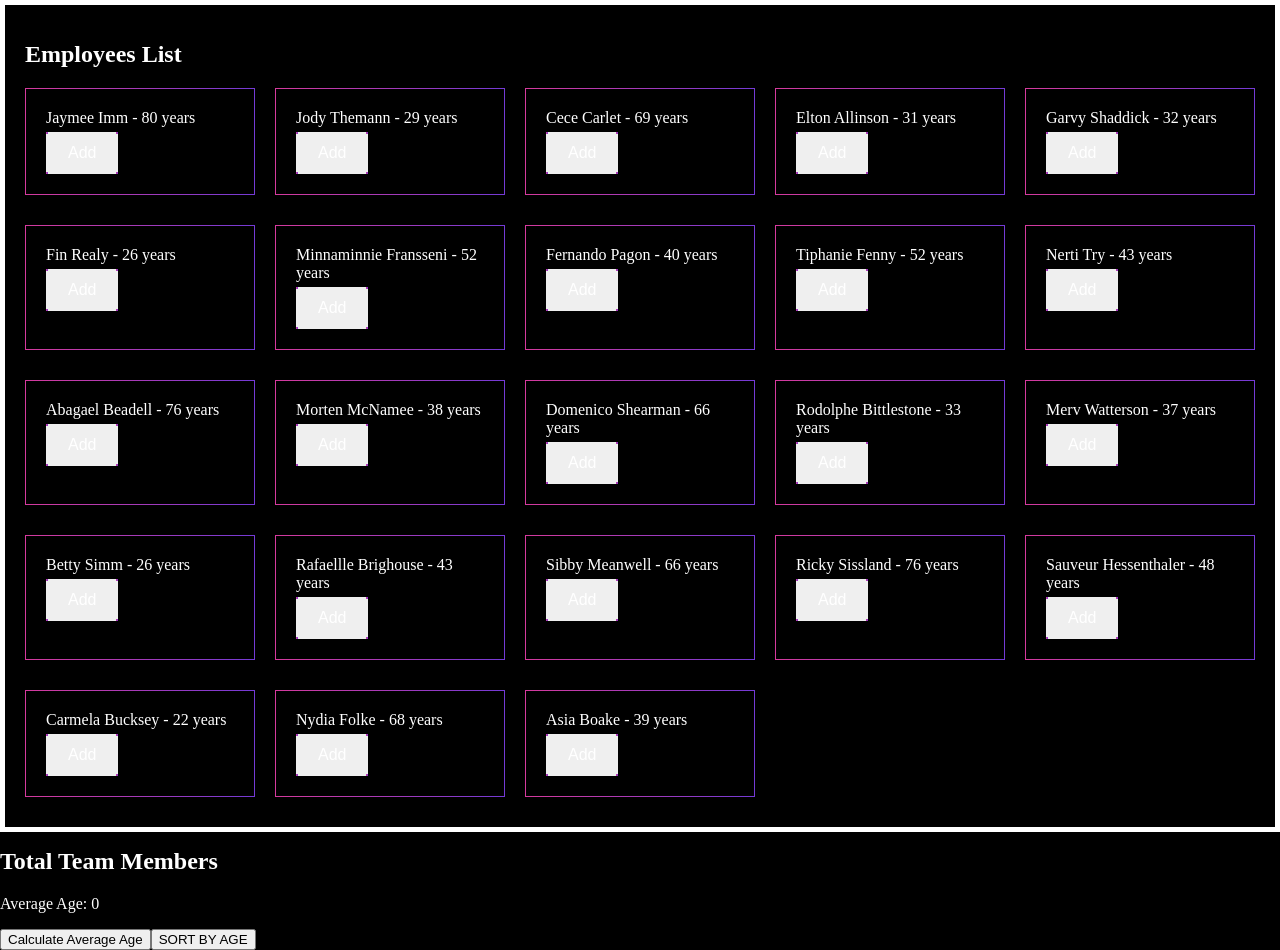
Repository: sriram1224/Teams-list
Page: /
These files come from the project's save history. The page is drawn as it stood at one moment and after the next save; the edit follows.
The browser window is 1280 px wide. The pictures show the whole page.
The project was rebuilt for these pictures with package versions that can differ from the ones it lists, and the page was loaded fresh each time.

Above is the page before, as saved 2024-03-27 00:10:15.

### src/index.css
body {
  margin: 0;
 background-color: black;
 color : white;
}

code {
  font-family: source-code-pro, Menlo, Monaco, Consolas, 'Courier New',
    monospace;
}

### src/App.js
import Main from "./main";
import React from 'react';

function App() {
  return (
    <div >
      <Main />
    </div>
  );
}

export default App;

### src/main.jsx
import React, { useReducer } from 'react';
import EmployeesList from './EmloyeesList';
import TotalEmployees from './TotalEmployees';

const employees = [
  {"id":1,"first_name":"Jaymee","last_name":"Imm","email":"jimm0@craigslist.org","gender":"Genderqueer","age":80},
{"id":2,"first_name":"Jody","last_name":"Themann","email":"jthemann1@skyrock.com","gender":"Agender","age":29},
{"id":3,"first_name":"Cece","last_name":"Carlet","email":"ccarlet2@jalbum.net","gender":"Male","age":69},
{"id":4,"first_name":"Elton","last_name":"Allinson","email":"eallinson3@jugem.jp","gender":"Male","age":31},
{"id":5,"first_name":"Garvy","last_name":"Shaddick","email":"gshaddick4@rediff.com","gender":"Male","age":32},
{"id":6,"first_name":"Fin","last_name":"Realy","email":"frealy5@unc.edu","gender":"Male","age":26},
{"id":7,"first_name":"Minnaminnie","last_name":"Fransseni","email":"mfransseni6@aboutads.info","gender":"Agender","age":52},
{"id":8,"first_name":"Fernando","last_name":"Pagon","email":"fpagon7@blogs.com","gender":"Male","age":40},
{"id":9,"first_name":"Tiphanie","last_name":"Fenny","email":"tfenny8@sakura.ne.jp","gender":"Female","age":52},
{"id":10,"first_name":"Nerti","last_name":"Try","email":"ntry9@shareasale.com","gender":"Female","age":43},
{"id":11,"first_name":"Abagael","last_name":"Beadell","email":"abeadella@unc.edu","gender":"Female","age":76},
{"id":12,"first_name":"Morten","last_name":"McNamee","email":"mmcnameeb@sun.com","gender":"Male","age":38},
{"id":13,"first_name":"Domenico","last_name":"Shearman","email":"dshearmanc@seesaa.net","gender":"Male","age":66},
{"id":14,"first_name":"Rodolphe","last_name":"Bittlestone","email":"rbittlestoned@51.la","gender":"Male","age":33},
{"id":15,"first_name":"Merv","last_name":"Watterson","email":"mwattersone@storify.com","gender":"Male","age":37},
{"id":16,"first_name":"Betty","last_name":"Simm","email":"bsimmf@engadget.com","gender":"Female","age":26},
{"id":17,"first_name":"Rafaellle","last_name":"Brighouse","email":"rbrighouseg@vinaora.com","gender":"Male","age":43},
{"id":18,"first_name":"Sibby","last_name":"Meanwell","email":"smeanwellh@independent.co.uk","gender":"Female","age":66},
{"id":19,"first_name":"Ricky","last_name":"Sissland","email":"rsisslandi@google.it","gender":"Male","age":76},
{"id":20,"first_name":"Sauveur","last_name":"Hessenthaler","email":"shessenthalerj@ocn.ne.jp","gender":"Male","age":48},
{"id":21,"first_name":"Carmela","last_name":"Bucksey","email":"cbuckseyk@acquirethisname.com","gender":"Female","age":22},
{"id":22,"first_name":"Nydia","last_name":"Folke","email":"nfolkel@disqus.com","gender":"Female","age":68},
{"id":23,"first_name":"Asia","last_name":"Boake","email":"aboakem@1und1.de","gender":"Female","age":39}
];
  // Your employee data goes here

function Main() {
  const [state, dispatch] = useReducer(reducer, { employees: employees, team: [] });

  function reducer(state, action) {
    switch(action.type) {
      case 'ADD':
        return {
          ...state,
          employees: state.employees.map(emp => emp.id === action.payload.id ? { ...emp, added: true } : emp),
          team: [...state.team, action.payload]
        };
      case 'DELETE':
        return {
          ...state,
          employees: state.employees.map(emp => emp.id === action.payload.id ? { ...emp, added: false } : emp),
          team: state.team.filter(emp => emp.id !== action.payload.id)
        };
      case 'Calculate_Average':
        const totalAge = state.team.reduce((acc, emp) => acc + emp.age, 0);
        const averageAge = totalAge / state.team.length || 0;
        return {
          ...state,
          averageAge
        };
      case 'sort':
        return {
          ...state,
          team: state.team.sort((a, b) => a.age - b.age),
        };
      default:
        return state;
    }
  }

  return (
    <div>
      <EmployeesList employees={state.employees} dispatch={dispatch} />
      <TotalEmployees team={state.team} dispatch={dispatch} />
    </div>
  );
}

export default Main;

### src/EmloyeesList.jsx
import React from 'react'
import './list.css';

const EmployeesList = ({ employees, dispatch }) => {
    return (
        <div className="employees-list">
            <h1 className="header">Employees List</h1>
            <div className="employlist-main">

            {employees && employees.map(emp => (
                <div key={emp.id} className="employee-item">
                    <span className={emp.added ? "gray-text" : "white-text"}>
                        <p className="employee-info">{emp.first_name} {emp.last_name} - { emp.age} years</p>
                    </span>
                    {!emp.added && (
                        <button className="add-button" onClick={() => dispatch({ type: 'ADD', payload: emp })}>Add</button>
                    )}
                </div>
            ))}
        </div></div>
    );
}
export default EmployeesList;

### src/TotalEmployees.jsx
import React from "react";


const TotalEmployees = ({ team, dispatch }) => {
    const averageAge = team.reduce((total, emp) => total + emp.age, 0) / team.length;

    return (
        <div className="total-employees">
            <h1 className="header">Total Team Members</h1>
            {team && team.map(emp => (
                <div key={emp.id} className="employee-list">
                    <span className="employee-info">
                        <p>{emp.first_name} {emp.last_name} - {emp.age} years</p>
                    </span>
                    {!emp.added && (
                        <button className="remove-button" onClick={() => dispatch({ type: 'DELETE', payload: emp })}>Remove</button>
                    )}
                </div>
            ))}
            <p className="average-age">Average Age: {team.length > 0 ? averageAge : 0}</p>
            <button className="average-button" onClick={() => dispatch({ type: "Calculate_Average" })}>
                Calculate Average Age
            </button>
            <button className="sort-button" onClick={() => dispatch({ type: "sort" })}>
                SORT BY AGE
            </button>
        </div>
    );
}

export default TotalEmployees;

### src/list.css
.employees-list {
    padding: 20px;
    border: 10px solid;
    border-image-slice: 1;
    border-width: 5px;
}

.header {
    font-size: 24px;
    margin-bottom: 20px;
}

.employee-item {
    margin-bottom: 10px;
    padding: 20px;
        border: 4px solid;
        border-image-slice: 1;
        border-width: 1px;
        color: white;
}

.employee-info {
    margin: 0;
}
.employlist-main{
    display: grid;
        grid-template-columns: repeat(auto-fill, minmax(200px, 1fr));
        grid-gap: 20px;

}

.add-button {

    /* Green */
    background-color:none;

        border-image-slice: 1;

    border: 2px solid;
    color: white;
    padding: 10px 20px;
    text-align: center;
    text-decoration: none;
    display: inline-block;
    font-size: 16px;
    margin-top: 5px;
    cursor: pointer;
    border-image-source: linear-gradient(to left, #743ad5, #d53a9d);
}

.gray-text {
    color: gray;
}

.white-text {
    color: rgb(255, 255, 255);
}



.employee-item {
    border-image-source: linear-gradient(to left, #743ad5, #d53a9d);
}

Loaded but not shown: public/index.html (common file); src/index.js (common file); src/reportWebVitals.js (common file)

After the next save:
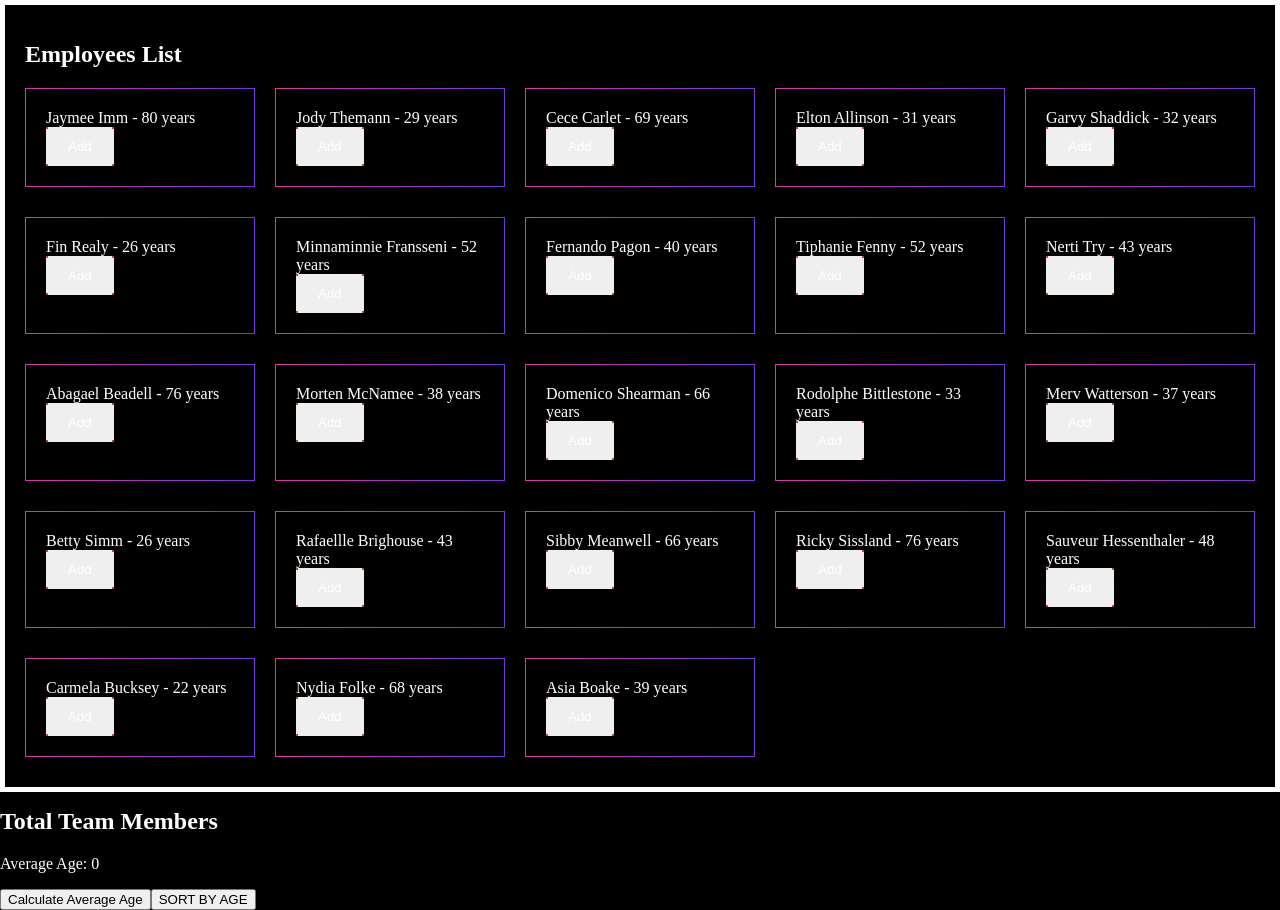
Saved 29 s later.
--- a/src/list.css
+++ b/src/list.css
@@ -33,17 +33,14 @@
 
     /* Green */
     background-color:none;
-
-        border-image-slice: 1;
-
+     border-image-slice: 1;
     border: 2px solid;
     color: white;
     padding: 10px 20px;
     text-align: center;
     text-decoration: none;
-    display: inline-block;
-    font-size: 16px;
-    margin-top: 5px;
+
+
     cursor: pointer;
     border-image-source: linear-gradient(to left, #743ad5, #d53a9d);
 }

After the save that followed:
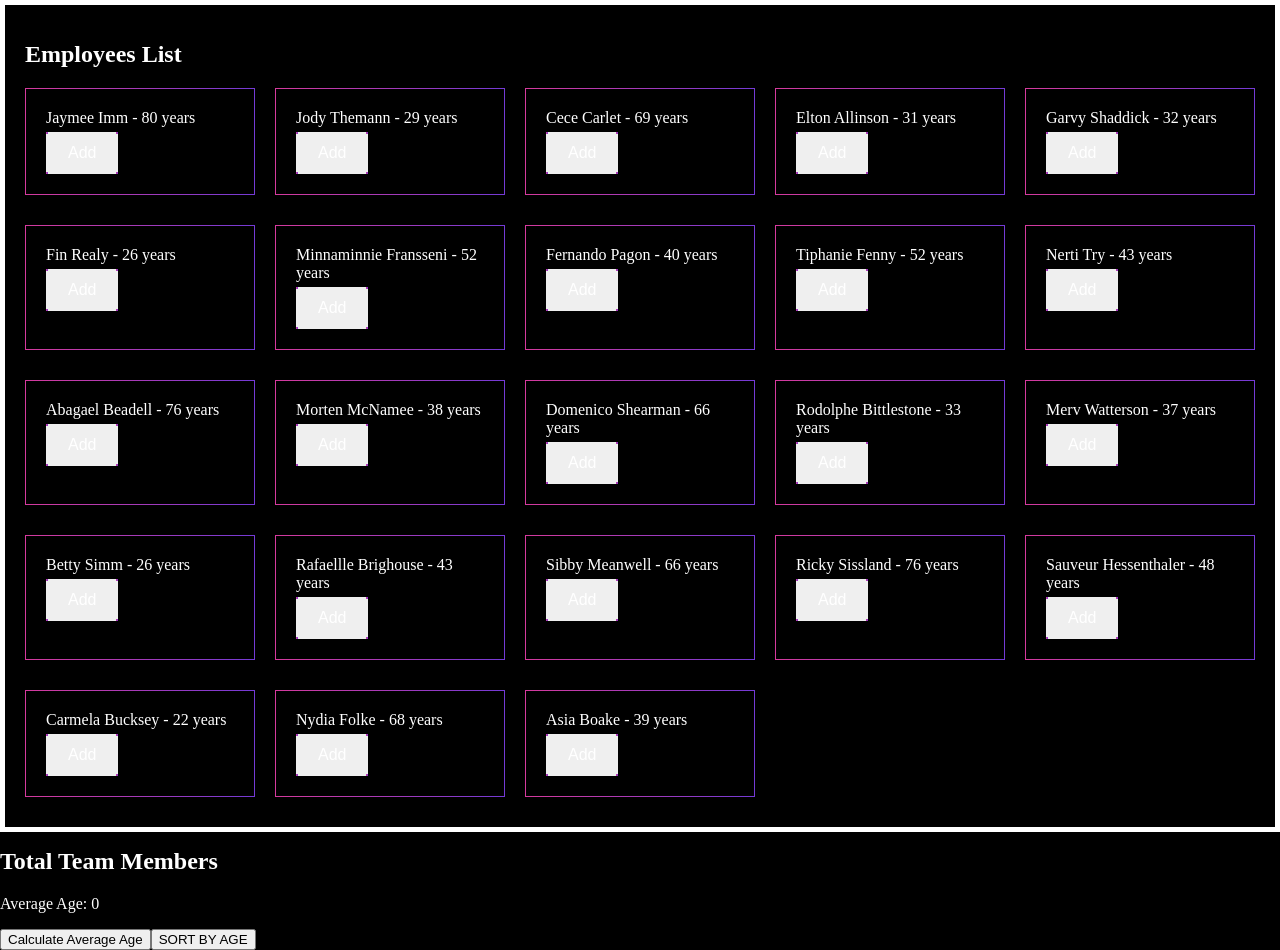
Saved 5 s later.
--- a/src/list.css
+++ b/src/list.css
@@ -39,8 +39,9 @@
     padding: 10px 20px;
     text-align: center;
     text-decoration: none;
-
-
+    display: inline-block;
+    font-size: 16px;
+    margin-top: 5px;
     cursor: pointer;
     border-image-source: linear-gradient(to left, #743ad5, #d53a9d);
 }
